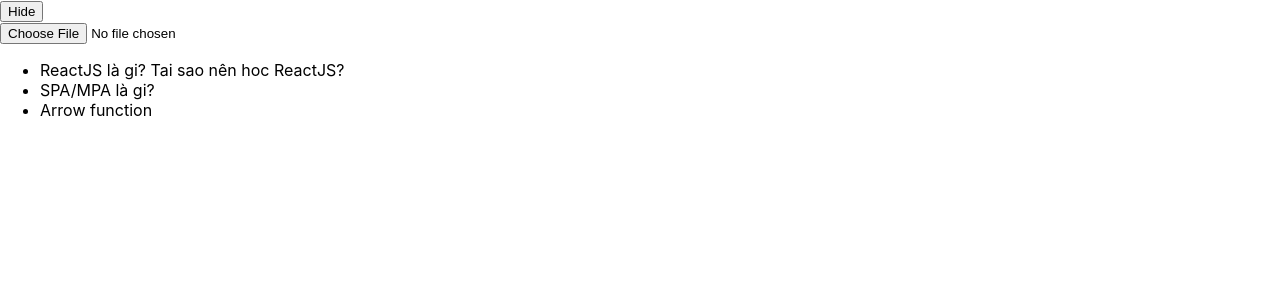
Repository: haidawngvn/hooks-bible
Page: /, after clicking the first element matching `button`
These files come from the project's save history. The page is drawn as it stood at one moment and after the next save; the edit follows.
The browser window is 1280 px wide. The pictures show the whole page.
The project was rebuilt for these pictures with package versions that can differ from the ones it lists, and the page was loaded fresh each time.

Above is the page before, as saved 2022-07-29 09:10:41.

After the next save:
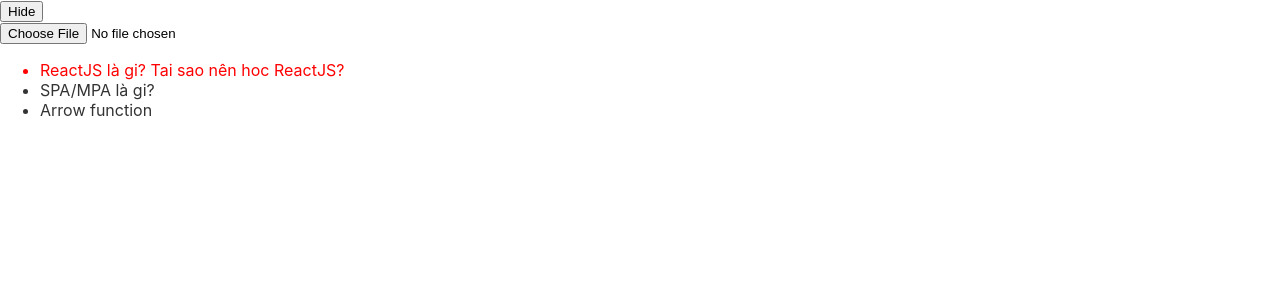
Saved 62 s later.
--- a/src/Content2.js
+++ b/src/Content2.js
@@ -24,6 +24,9 @@ function Content2() {
                 {lessons.map(lesson => (
                     <li
                         key={lesson.id}
+                        style= {{
+                            color: lessonId === lesson.id ? 'red' : '#333'
+                        }}
                     >
                         {lesson.name}
                     </li>
